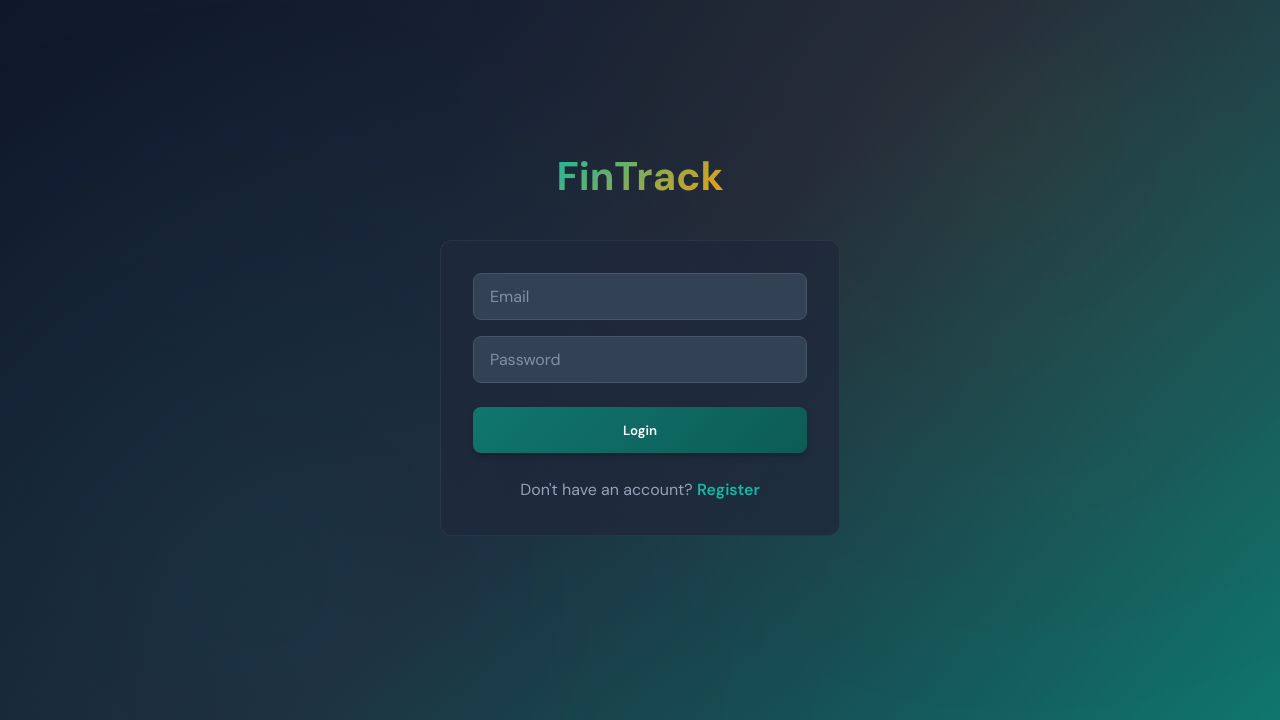
Repository: Akanksha-Sahu26/FinTrack
Page: FinTrack/src/main/resources/static/html/login.html
An editor plug-in stored every save of this project. The page is shown before and after the next save, followed by the edit.
The browser window is 1280 px wide. The pictures show the whole page.

Above is the page before, as saved 2026-02-21 17:34:47.

### FinTrack/src/main/resources/static/html/login.html
<!DOCTYPE html>
<html lang="en">
<head>
    <meta charset="UTF-8">
    <title>FinTrack | Login</title>
    <link rel="stylesheet" href="/css/style.css">
</head>
<body>
    <div class="auth-container fade-in">
        <h1 class="brand">FinTrack</h1>
        <form id="loginForm">
            <input type="email" placeholder="Email" name="email" required>
            <input type="password" placeholder="Password" name="password" required>
            <button type="submit" class="btn">Login</button>
            <p class="redirect">Don't have an account? <a href="register.html">Register</a></p>
        </form>
        <div id="loginMsg" class="msg"></div>
    </div>
    <script src="/js/api.js"></script>
</body>
</html>

### FinTrack/src/main/resources/static/css/style.css
/* ============================================
   FinTrack - Global Application Styles
   Professional finance tracking UI
   ============================================ */

@import url('https://fonts.googleapis.com/css2?family=DM+Sans:ital,opsz,wght@0,9..40,100..1000;1,9..40,100..1000&family=JetBrains+Mono:wght@400;500&display=swap');

:root {
  --primary: #0f766e;
  --primary-dark: #0d5c56;
  --primary-light: #14b8a6;
  --accent: #f59e0b;
  --accent-hover: #fbbf24;
  --danger: #dc2626;
  --danger-hover: #ef4444;
  --success: #059669;
  --bg-dark: #0f172a;
  --bg-card: #1e293b;
  --bg-input: #334155;
  --text-primary: #f8fafc;
  --text-muted: #94a3b8;
  --border: #475569;
  --shadow: 0 4px 6px -1px rgba(0, 0, 0, 0.2), 0 2px 4px -2px rgba(0, 0, 0, 0.1);
  --shadow-lg: 0 25px 50px -12px rgba(0, 0, 0, 0.35);
  --radius: 12px;
  --radius-sm: 8px;
  --transition: all 0.3s cubic-bezier(0.4, 0, 0.2, 1);
}

* {
  box-sizing: border-box;
  margin: 0;
  padding: 0;
}

body {
  font-family: 'DM Sans', -apple-system, BlinkMacSystemFont, sans-serif;
  background: linear-gradient(135deg, #0f172a 0%, #1e293b 50%, #0f766e 100%);
  background-attachment: fixed;
  min-height: 100vh;
  color: var(--text-primary);
  line-height: 1.6;
  overflow-x: hidden;
}

/* Decorative background pattern */
body::before {
  content: '';
  position: fixed;
  top: 0;
  left: 0;
  right: 0;
  bottom: 0;
  background-image: radial-gradient(circle at 20% 80%, rgba(20, 184, 166, 0.08) 0%, transparent 50%),
    radial-gradient(circle at 80% 20%, rgba(245, 158, 11, 0.06) 0%, transparent 50%);
  pointer-events: none;
  z-index: -1;
}

/* ========== HEADER & NAVIGATION ========== */
header {
  background: rgba(15, 23, 42, 0.95);
  backdrop-filter: blur(12px);
  border-bottom: 1px solid rgba(71, 85, 105, 0.4);
  padding: 1rem 2rem;
  display: flex;
  justify-content: space-between;
  align-items: center;
  position: sticky;
  top: 0;
  z-index: 1000;
  animation: slideDown 0.5s ease-out;
}

@keyframes slideDown {
  from {
    opacity: 0;
    transform: translateY(-20px);
  }
  to {
    opacity: 1;
    transform: translateY(0);
  }
}

header .brand {
  font-size: 1.5rem;
  font-weight: 700;
  background: linear-gradient(135deg, var(--primary-light), var(--accent));
  -webkit-background-clip: text;
  -webkit-text-fill-color: transparent;
  background-clip: text;
  letter-spacing: -0.5px;
}

header nav {
  display: flex;
  align-items: center;
  gap: 0.5rem;
}

header nav a {
  color: var(--text-muted);
  text-decoration: none;
  padding: 0.5rem 1rem;
  border-radius: var(--radius-sm);
  font-weight: 500;
  transition: var(--transition);
}

header nav a:hover,
header nav a.active {
  color: var(--primary-light);
  background: rgba(20, 184, 166, 0.1);
}

/* ========== BUTTONS ========== */
.btn {
  background: linear-gradient(135deg, var(--primary), var(--primary-dark));
  color: white;
  padding: 0.65rem 1.25rem;
  border: none;
  border-radius: var(--radius-sm);
  font-family: inherit;
  font-weight: 600;
  cursor: pointer;
  transition: var(--transition);
  box-shadow: var(--shadow);
}

.btn:hover {
  transform: translateY(-2px);
  box-shadow: 0 8px 16px rgba(15, 118, 110, 0.3);
  background: linear-gradient(135deg, var(--primary-light), var(--primary));
}

.btn:active {
  transform: translateY(0);
}

.btn-accent {
  background: linear-gradient(135deg, var(--accent), #d97706);
}

.btn-accent:hover {
  box-shadow: 0 8px 16px rgba(245, 158, 11, 0.3);
}

.btn-danger {
  background: linear-gradient(135deg, var(--danger), #b91c1c);
  padding: 0.4rem 0.9rem;
  font-size: 0.875rem;
}

.btn-danger:hover {
  box-shadow: 0 8px 16px rgba(220, 38, 38, 0.3);
}

.logout-btn {
  background: rgba(220, 38, 38, 0.2);
  color: #fca5a5;
  border: 1px solid rgba(220, 38, 38, 0.4);
}

.logout-btn:hover {
  background: rgba(220, 38, 38, 0.4);
  color: white;
}

/* ========== CARDS ========== */
.card {
  background: rgba(30, 41, 59, 0.8);
  backdrop-filter: blur(8px);
  border: 1px solid rgba(71, 85, 105, 0.3);
  border-radius: var(--radius);
  padding: 1.5rem;
  transition: var(--transition);
  animation: fadeInUp 0.5s ease forwards;
}

.card:hover {
  transform: translateY(-4px);
  border-color: rgba(20, 184, 166, 0.3);
  box-shadow: var(--shadow-lg);
}

.card h3 {
  color: var(--text-muted);
  font-size: 0.9rem;
  font-weight: 600;
  text-transform: uppercase;
  letter-spacing: 1px;
  margin-bottom: 0.5rem;
}

.card p {
  font-size: 1.5rem;
  font-weight: 700;
  color: var(--text-primary);
}

/* ========== ANIMATIONS ========== */
.fade-in {
  animation: fadeIn 0.6s ease forwards;
  opacity: 0;
}

.fade-in-delay-1 { animation-delay: 0.1s; }
.fade-in-delay-2 { animation-delay: 0.2s; }
.fade-in-delay-3 { animation-delay: 0.3s; }
.fade-in-delay-4 { animation-delay: 0.4s; }

@keyframes fadeIn {
  to { opacity: 1; }
}

@keyframes fadeInUp {
  from {
    opacity: 0;
    transform: translateY(20px);
  }
  to {
    opacity: 1;
    transform: translateY(0);
  }
}

@keyframes pulse {
  0%, 100% { opacity: 1; }
  50% { opacity: 0.6; }
}

@keyframes shimmer {
  0% { background-position: -200% 0; }
  100% { background-position: 200% 0; }
}

.loading {
  animation: pulse 1.5s ease-in-out infinite;
}

/* ========== FORMS ========== */
input, select, textarea {
  width: 100%;
  padding: 0.75rem 1rem;
  background: var(--bg-input);
  border: 1px solid var(--border);
  border-radius: var(--radius-sm);
  color: var(--text-primary);
  font-family: inherit;
  font-size: 1rem;
  transition: var(--transition);
}

input:focus, select:focus, textarea:focus {
  outline: none;
  border-color: var(--primary-light);
  box-shadow: 0 0 0 3px rgba(20, 184, 166, 0.2);
}

input::placeholder,
textarea::placeholder {
  color: var(--text-muted);
  opacity: 0.8;
}

.form-group {
  margin-bottom: 1rem;
}

.form-group label {
  display: block;
  margin-bottom: 0.4rem;
  font-weight: 500;
  color: var(--text-muted);
}

.form-row {
  display: grid;
  grid-template-columns: repeat(auto-fit, minmax(180px, 1fr));
  gap: 1rem;
}

/* ========== TABLES ========== */
table {
  width: 100%;
  border-collapse: collapse;
  background: rgba(30, 41, 59, 0.6);
  border-radius: var(--radius);
  overflow: hidden;
  border: 1px solid rgba(71, 85, 105, 0.3);
}

table th, table td {
  padding: 0.9rem 1rem;
  text-align: left;
  border-bottom: 1px solid rgba(71, 85, 105, 0.2);
}

table th {
  background: rgba(15, 118, 110, 0.2);
  color: var(--primary-light);
  font-weight: 600;
  text-transform: uppercase;
  font-size: 0.75rem;
  letter-spacing: 1px;
}

table tr:hover td {
  background: rgba(20, 184, 166, 0.05);
}

table tr:last-child td {
  border-bottom: none;
}

/* ========== MAIN LAYOUT ========== */
main {
  max-width: 1200px;
  margin: 0 auto;
  padding: 2rem;
}

section {
  margin-bottom: 2.5rem;
}

section h2 {
  font-size: 1.5rem;
  margin-bottom: 1rem;
  color: var(--text-primary);
  display: flex;
  align-items: center;
  gap: 0.5rem;
}

/* ========== AUTH PAGES ========== */
.auth-container {
  min-height: 100vh;
  display: flex;
  flex-direction: column;
  align-items: center;
  justify-content: center;
  padding: 2rem;
}

.auth-container .brand {
  font-size: 2.5rem;
  margin-bottom: 2rem;
  background: linear-gradient(135deg, var(--primary-light), var(--accent));
  -webkit-background-clip: text;
  -webkit-text-fill-color: transparent;
  background-clip: text;
}

.auth-container form {
  width: 100%;
  max-width: 400px;
  padding: 2rem;
  background: rgba(30, 41, 59, 0.8);
  backdrop-filter: blur(12px);
  border: 1px solid rgba(71, 85, 105, 0.3);
  border-radius: var(--radius);
  animation: fadeInUp 0.6s ease;
}

.auth-container form input {
  margin-bottom: 1rem;
}

.auth-container form button {
  width: 100%;
  padding: 0.9rem;
  margin-top: 0.5rem;
}

.redirect {
  text-align: center;
  margin-top: 1.5rem;
  color: var(--text-muted);
}

.redirect a {
  color: var(--primary-light);
  text-decoration: none;
  font-weight: 600;
}

.redirect a:hover {
  text-decoration: underline;
}

.msg {
  margin-top: 1rem;
  padding: 0.75rem;
  border-radius: var(--radius-sm);
  font-size: 0.9rem;
  text-align: center;
}

.msg.error {
  background: rgba(220, 38, 38, 0.2);
  color: #fca5a5;
  border: 1px solid rgba(220, 38, 38, 0.4);
}

.msg.success {
  background: rgba(5, 150, 105, 0.2);
  color: #6ee7b7;
  border: 1px solid rgba(5, 150, 105, 0.4);
}

/* ========== DASHBOARD / CARDS GRID ========== */
.cards-container {
  display: grid;
  grid-template-columns: repeat(auto-fit, minmax(220px, 1fr));
  gap: 1.5rem;
  margin-bottom: 2rem;
}

.charts-section {
  display: grid;
  grid-template-columns: repeat(auto-fit, minmax(320px, 1fr));
  gap: 1.5rem;
}

.chart-card {
  background: rgba(30, 41, 59, 0.8);
  backdrop-filter: blur(8px);
  border: 1px solid rgba(71, 85, 105, 0.3);
  border-radius: var(--radius);
  padding: 1.5rem;
  animation: fadeInUp 0.5s ease forwards;
}

.chart-card h3 {
  color: var(--text-muted);
  font-size: 0.9rem;
  margin-bottom: 1rem;
  text-transform: uppercase;
  letter-spacing: 1px;
}

.chart-card canvas {
  max-height: 280px;
}

.narrative-section,
.budget-container .budget-narrative,
.health-section {
  background: rgba(30, 41, 59, 0.8);
  backdrop-filter: blur(8px);
  border: 1px solid rgba(71, 85, 105, 0.3);
  border-radius: var(--radius);
  padding: 1.5rem;
  margin-bottom: 1.5rem;
  line-height: 1.7;
  color: var(--text-muted);
}

.narrative-section p,
.budget-container p,
.health-section p {
  font-size: 1rem;
  font-weight: 400;
}

/* ========== EXPENSE SECTION ========== */
.expense-section form {
  display: grid;
  grid-template-columns: repeat(auto-fit, minmax(150px, 1fr));
  gap: 1rem;
  margin-bottom: 1.5rem;
  align-items: end;
}

.expense-section form .btn {
  align-self: stretch;
}

/* ========== HEALTH SCORE ========== */
.health-card {
  text-align: center;
  padding: 2rem;
}

.health-score-display {
  font-size: 3rem;
  font-weight: 800;
  background: linear-gradient(135deg, var(--primary-light), var(--accent));
  -webkit-background-clip: text;
  -webkit-text-fill-color: transparent;
  background-clip: text;
  margin: 0.5rem 0;
}

.health-level {
  font-size: 1.1rem;
  color: var(--primary-light);
  font-weight: 600;
  margin-bottom: 1rem;
}

/* ========== RISK DETECTION ========== */
.risk-grid {
  display: grid;
  grid-template-columns: repeat(auto-fit, minmax(250px, 1fr));
  gap: 1.5rem;
  margin-bottom: 1.5rem;
}

.risk-card {
  padding: 1.5rem;
  border-radius: var(--radius);
}

.risk-card.risky {
  background: rgba(220, 38, 38, 0.15);
  border: 1px solid rgba(220, 38, 38, 0.4);
}

.risk-card.safe {
  background: rgba(5, 150, 105, 0.15);
  border: 1px solid rgba(5, 150, 105, 0.4);
}

.risk-card h4 {
  margin-bottom: 0.75rem;
  font-size: 0.9rem;
  text-transform: uppercase;
  letter-spacing: 1px;
}

.risk-card.risky h4 { color: #fca5a5; }
.risk-card.safe h4 { color: #6ee7b7; }

.risk-card ul {
  list-style: none;
}

.risk-card li {
  padding: 0.35rem 0;
  border-bottom: 1px solid rgba(255,255,255,0.05);
  font-size: 0.95rem;
}

.risk-card li:last-child { border-bottom: none; }

/* ========== PROFILE ========== */
.profile-section {
  max-width: 500px;
}

.profile-section .form-group {
  margin-bottom: 1.25rem;
}

/* ========== CATEGORIES ========== */
.category-list {
  display: flex;
  flex-wrap: wrap;
  gap: 0.75rem;
  margin-top: 1rem;
}

.category-chip {
  display: inline-flex;
  align-items: center;
  gap: 0.5rem;
  padding: 0.5rem 1rem;
  background: rgba(20, 184, 166, 0.15);
  border: 1px solid rgba(20, 184, 166, 0.3);
  border-radius: 999px;
  font-size: 0.9rem;
}

.category-chip span {
  color: var(--primary-light);
}

.category-chip .remove-cat {
  background: none;
  border: none;
  color: var(--text-muted);
  cursor: pointer;
  padding: 0 0.25rem;
  font-size: 1.1rem;
  line-height: 1;
}

.category-chip .remove-cat:hover {
  color: var(--danger);
}

/* ========== MONTH YEAR PICKER ========== */
.month-picker {
  display: flex;
  gap: 1rem;
  margin-bottom: 1rem;
  flex-wrap: wrap;
}

.month-picker input, .month-picker select {
  max-width: 140px;
}

/* ========== RESPONSIVE ========== */
@media (max-width: 768px) {
  header {
    flex-direction: column;
    gap: 1rem;
    padding: 1rem;
  }

  header nav {
    flex-wrap: wrap;
    justify-content: center;
  }

  main {
    padding: 1rem;
  }

  .auth-container .brand {
    font-size: 2rem;
  }

  .expense-section form {
    grid-template-columns: 1fr;
  }
}

/* ========== UTILITIES ========== */
.text-success { color: #6ee7b7; }
.text-danger { color: #fca5a5; }
.text-warning { color: #fcd34d; }
.text-muted { color: var(--text-muted); }

.mt-1 { margin-top: 0.5rem; }
.mt-2 { margin-top: 1rem; }
.mb-2 { margin-bottom: 1rem; }

### FinTrack/src/main/resources/static/js/api.js
/**
 * FinTrack API - Maps all backend controller endpoints
 * Base URL: /api
 * All API calls use fetch with credentials: 'include' for session cookies
 */

const BASE = '/api';

const opts = (method, body) => ({
  method,
  headers: body ? { 'Content-Type': 'application/json' } : {},
  body: body ? JSON.stringify(body) : undefined,
  credentials: 'include'
});

const handleResponse = async (res) => {
  if (!res.ok) {
    const err = await res.json().catch(() => ({}));
    throw new Error(err.error || err.message || `Request failed: ${res.status}`);
  }
  const contentType = res.headers.get('content-type');
  if (contentType && contentType.includes('application/json')) return res.json();
  return res.text();
};

// ========== AUTH (AuthController) ==========
const AuthAPI = {
  register: (data) => fetch(`${BASE}/auth/reg`, opts('POST', data)).then(handleResponse),
  login: (data) => fetch(`${BASE}/auth/login`, opts('POST', data)).then(handleResponse),
  logout: () => fetch(`${BASE}/auth/logout`, opts('POST')).then(handleResponse),
  getCurrentUser: () => fetch(`${BASE}/auth/me`, opts('GET')).then(handleResponse)
};

// ========== USER (UserController) ==========
const UserAPI = {
  getUserById: (id) => fetch(`${BASE}/user/${id}`, opts('GET')).then(handleResponse),
  updateIncome: (id, salary) => fetch(`${BASE}/user/income/${id}?salary=${encodeURIComponent(salary)}`, opts('PUT')).then(handleResponse),
  updateUser: (id, data) => fetch(`${BASE}/user/${id}`, opts('PUT', data)).then(handleResponse),
  getUserExpenses: (id) => fetch(`${BASE}/user/expenses/${id}`, opts('GET')).then(handleResponse)
};

// ========== EXPENSE (ExpenseController) ==========
const ExpenseAPI = {
  create: (data) => fetch(`${BASE}/expense/create`, opts('POST', data)).then(handleResponse),
  getAll: () => fetch(`${BASE}/expense`, opts('GET')).then(handleResponse),
  getById: (id) => fetch(`${BASE}/expense/${id}`, opts('GET')).then(handleResponse),
  delete: (id) => fetch(`${BASE}/expense/${id}`, opts('DELETE')).then(handleResponse),
  getByCategory: (name) => fetch(`${BASE}/expense/category?name=${encodeURIComponent(name)}`, opts('GET')).then(handleResponse),
  getByDateRange: (start, end) => {
    const params = new URLSearchParams({ start });
    if (end) params.set('end', end);
    return fetch(`${BASE}/expense/date-range?${params}`, opts('GET')).then(handleResponse);
  },
  getByDate: (date) => fetch(`${BASE}/expense/date?date=${date}`, opts('GET')).then(handleResponse),
  getRecentExpenses: (page = 0, size = 5) => fetch(`${BASE}/expense/recent-expenses?page=${page}&size=${size}`, opts('GET')).then(handleResponse),
  getMonthlySummary: () => fetch(`${BASE}/expense/monthly-summary`, opts('GET')).then(handleResponse),
  searchByCategoryTerm: (term) => fetch(`${BASE}/expense/category-term-search?term=${encodeURIComponent(term)}`, opts('GET')).then(handleResponse),
  getByMonth: (year, month) => {
    const params = new URLSearchParams();
    if (year != null) params.set('year', year);
    if (month != null) params.set('month', month);
    return fetch(`${BASE}/expense/month?${params}`, opts('GET')).then(handleResponse);
  }
};

// ========== CATEGORIES (CategoryController) ==========
const CategoryAPI = {
  getAll: () => fetch(`${BASE}/categories`, opts('GET')).then(handleResponse),
  getById: (id) => fetch(`${BASE}/categories/${id}`, opts('GET')).then(handleResponse),
  create: (name) => fetch(`${BASE}/categories`, {
    method: 'POST',
    headers: { 'Content-Type': 'application/json' },
    body: JSON.stringify(name.trim()),
    credentials: 'include'
  }).then(handleResponse),
  search: (keyword) => fetch(`${BASE}/categories/search?keyword=${encodeURIComponent(keyword)}`, opts('GET')).then(handleResponse)
};

// ========== AI (AIController) ==========
const AIAPI = {
  getFinancialNarrative: (year, month) => {
    const params = new URLSearchParams();
    if (year != null) params.set('year', year);
    if (month != null) params.set('month', month);
    return fetch(`${BASE}/ai/financial-narrative?${params}`, opts('GET')).then(handleResponse);
  },
  getRiskDetection: (year, month) => {
    const params = new URLSearchParams();
    if (year != null) params.set('year', year);
    if (month != null) params.set('month', month);
    return fetch(`${BASE}/ai/risk-detection?${params}`, opts('GET')).then(handleResponse);
  },
  getBudgetPlanner: (year, month) => {
    const params = new URLSearchParams();
    if (year != null) params.set('year', year);
    if (month != null) params.set('month', month);
    return fetch(`${BASE}/ai/budget-planner?${params}`, opts('GET')).then(handleResponse);
  },
  getHealthScore: (year, month) => {
    const params = new URLSearchParams();
    if (year != null) params.set('year', year);
    if (month != null) params.set('month', month);
    return fetch(`${BASE}/ai/health-score?${params}`, opts('GET')).then(handleResponse);
  }
};

After the next save:
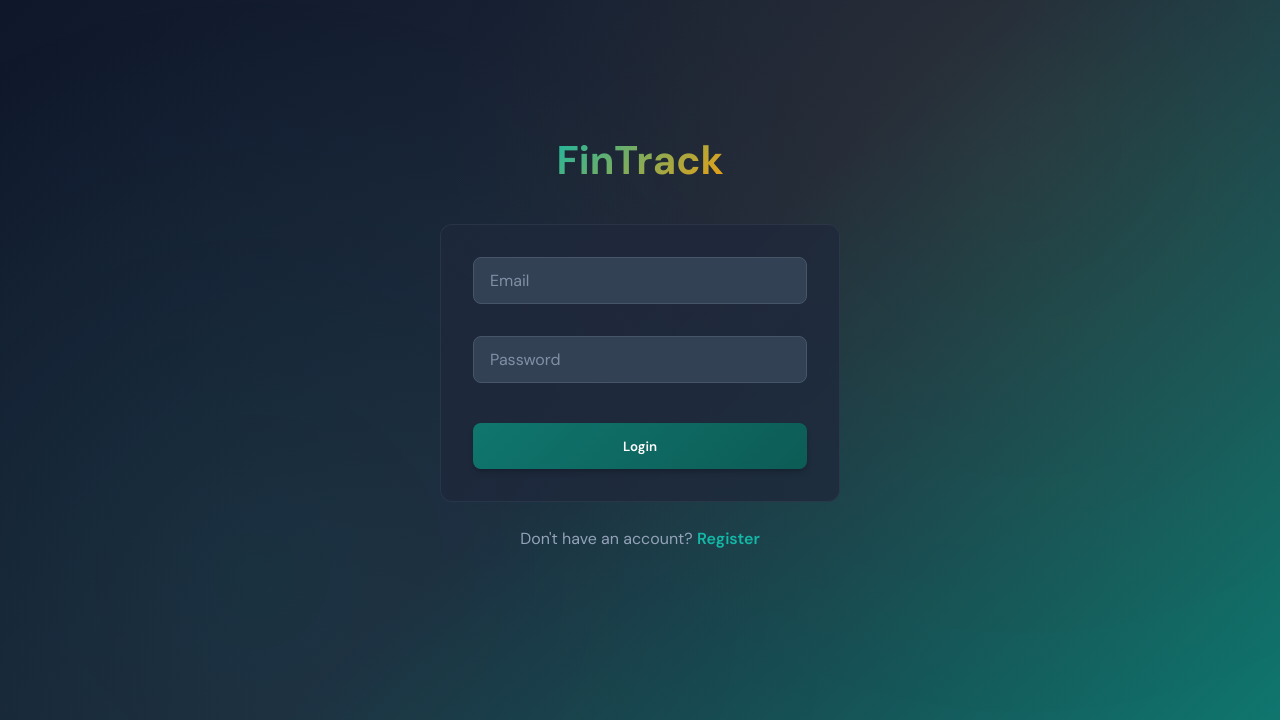
Saved 61 s later.
--- a/FinTrack/src/main/resources/static/html/login.html
+++ b/FinTrack/src/main/resources/static/html/login.html
@@ -1,21 +1,49 @@
 <!DOCTYPE html>
 <html lang="en">
 <head>
-    <meta charset="UTF-8">
-    <title>FinTrack | Login</title>
-    <link rel="stylesheet" href="/css/style.css">
+  <meta charset="UTF-8">
+  <meta name="viewport" content="width=device-width, initial-scale=1">
+  <title>FinTrack | Login</title>
+  <link rel="stylesheet" href="/css/style.css">
 </head>
 <body>
-    <div class="auth-container fade-in">
-        <h1 class="brand">FinTrack</h1>
-        <form id="loginForm">
-            <input type="email" placeholder="Email" name="email" required>
-            <input type="password" placeholder="Password" name="password" required>
-            <button type="submit" class="btn">Login</button>
-            <p class="redirect">Don't have an account? <a href="register.html">Register</a></p>
-        </form>
-        <div id="loginMsg" class="msg"></div>
-    </div>
-    <script src="/js/api.js"></script>
+  <div class="auth-container fade-in">
+    <h1 class="brand">FinTrack</h1>
+    <form id="loginForm">
+      <div class="form-group">
+        <input type="email" name="email" placeholder="Email" required autocomplete="email">
+      </div>
+      <div class="form-group">
+        <input type="password" name="password" placeholder="Password" required autocomplete="current-password">
+      </div>
+      <button type="submit" class="btn" style="width: 100%;">Login</button>
+    </form>
+    <p class="redirect">Don't have an account? <a href="register.html">Register</a></p>
+    <div id="loginMsg" class="msg"></div>
+  </div>
+  <script src="/js/api.js"></script>
+  <script>
+    const form = document.getElementById('loginForm');
+    const msg = document.getElementById('loginMsg');
+    form.addEventListener('submit', async (e) => {
+      e.preventDefault();
+      msg.textContent = '';
+      msg.className = 'msg';
+      try {
+        const data = {
+          email: form.email.value.trim(),
+          password: form.password.value
+        };
+        const res = await AuthAPI.login(data);
+        if (res && res.id) {
+          localStorage.setItem('userId', res.id);
+          window.location.href = 'dashboard.html';
+        }
+      } catch (err) {
+        msg.textContent = err.message || 'Login failed';
+        msg.className = 'msg error';
+      }
+    });
+  </script>
 </body>
 </html>
